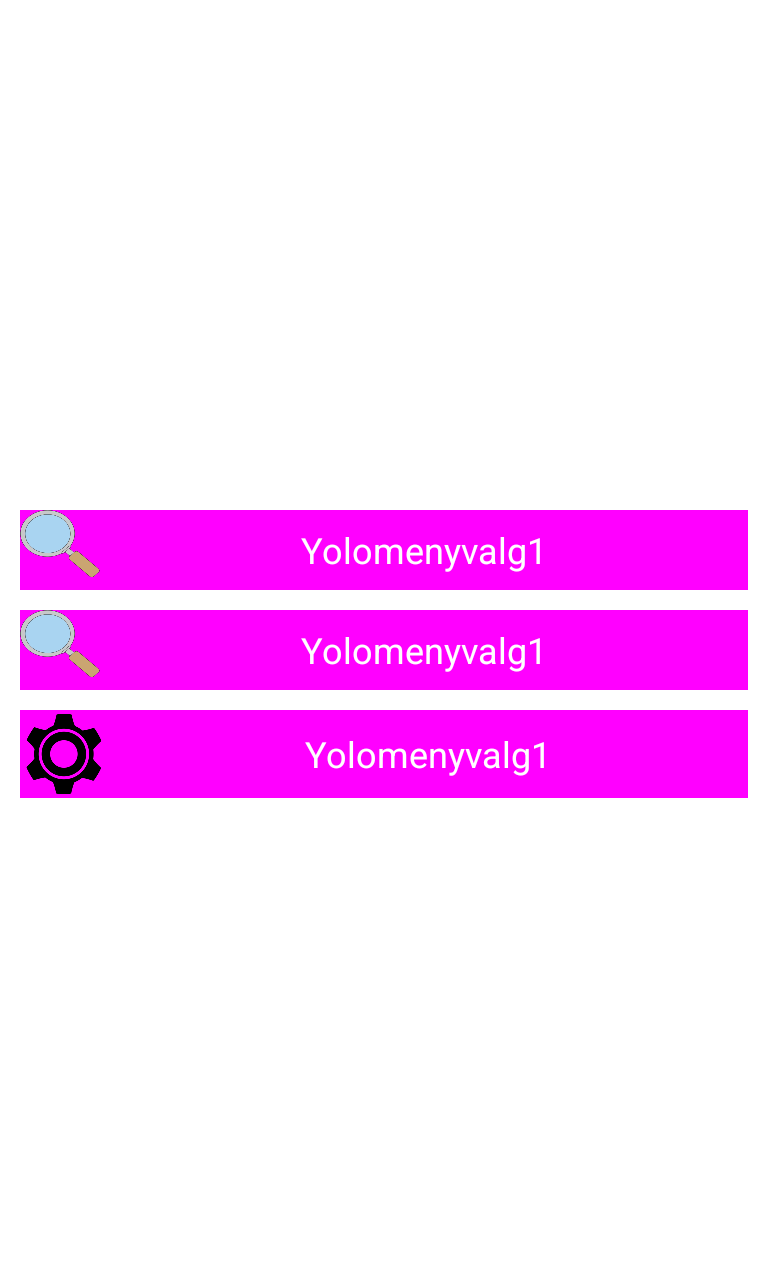
Repository: pumalove/workspace
Layout: MainActivity/res/layout/gridview.xml
An editor plug-in stored every save of this project. The layout is shown before and after the next save, followed by the edit.
It is drawn on a 768 x 1280 px phone screen (xhdpi) without system bars, with theme AppTheme; the app's code is not run. Lists and similar views that code fills are empty.

Above is the layout before, as saved 2014-03-18 10:40:42.

### MainActivity/res/layout/gridview.xml
<?xml version="1.0" encoding="utf-8"?>
<LinearLayout xmlns:android="http://schemas.android.com/apk/res/android"
    android:layout_width="match_parent"
    android:layout_height="wrap_content"
    android:orientation="vertical"
    android:padding="10dp">

    <LinearLayout
        android:layout_marginBottom="20dp"
        android:layout_width="fill_parent"
        android:layout_height="wrap_content">

        <GridView
            android:id="@+id/gridview"
            android:layout_width="fill_parent"
            android:layout_height="225dp"
            android:columnWidth="90dp"
            android:numColumns="auto_fit"
            android:verticalSpacing="5dp"
            android:horizontalSpacing="5dp"
            android:stretchMode="columnWidth"
            android:gravity="center"
            />
	</LinearLayout>


    <LinearLayout
        android:id="@+id/linearlayout2"
        android:layout_width="fill_parent"
        android:layout_height="wrap_content"
        android:layout_gravity="center"
        android:orientation="vertical"
        android:layout_below="@id/gridview">

        <LinearLayout
            android:id="@+id/customButton1"
            android:layout_width="fill_parent"
            android:layout_height="wrap_content"
            android:layout_marginBottom="10dp"
            android:orientation="horizontal"
            android:clickable="true"
            android:focusable="true"
            android:background="@drawable/custom_buttons"
            >

            <ImageView
                android:id="@+id/imageView1"
                android:layout_width="40dp"
                android:layout_height="40dp"
                android:scaleType="centerCrop"
                android:src="@drawable/sample_0" />

			<LinearLayout
			    android:layout_width="fill_parent"
            	android:layout_height="wrap_content"
            	android:gravity="center"
            	android:layout_gravity="center" >
            	<TextView
                	android:layout_width="wrap_content"
                	android:layout_height="wrap_content"
                	android:layout_gravity="center"
                	android:text="Yolomenyvalg1"
                	android:textColor="#FFFFFF"
                	android:textSize="18dp"/>
			</LinearLayout>
		</LinearLayout>


        <LinearLayout
            android:id="@+id/customButton2"
            android:layout_width="fill_parent"
            android:layout_height="wrap_content"
            android:layout_marginBottom="10dp"
            android:orientation="horizontal"
            android:gravity="center"
            android:clickable="true"
            android:focusable="true"
            android:background="@drawable/custom_buttons"
            >

            <ImageView
                android:id="@+id/imageView2"
                android:layout_width="40dp"
                android:layout_height="40dp"
                android:scaleType="centerCrop"
                android:src="@drawable/sample_0" />

           <LinearLayout
			    android:layout_width="fill_parent"
            	android:layout_height="wrap_content"
            	android:gravity="center"
            	android:layout_gravity="center" >
            	<TextView
                	android:layout_width="wrap_content"
                	android:layout_height="wrap_content"
                	android:layout_gravity="center"
                	android:text="Yolomenyvalg1"
                	android:textColor="#FFFFFF"
                	android:textSize="18dp"/>
			</LinearLayout>

        </LinearLayout>

        <LinearLayout
            android:id="@+id/customButton3"
            android:layout_width="fill_parent"
            android:layout_height="wrap_content"
            android:layout_marginBottom="10dp"
            android:orientation="horizontal"
            android:gravity="center"
            android:clickable="true"
            android:focusable="true"
            android:background="@drawable/custom_buttons"
            >

            <ImageView
                android:id="@+id/imageView3"
                android:layout_width="40dp"
                android:layout_height="40dp"
                android:scaleType="centerCrop"
                android:src="@drawable/settings"
                android:layout_margin="2dp" />

            <LinearLayout
			    android:layout_width="fill_parent"
            	android:layout_height="wrap_content"
            	android:gravity="center"
            	android:layout_gravity="center" >
            	<TextView
                	android:layout_width="wrap_content"
                	android:layout_height="wrap_content"
                	android:layout_gravity="center"
                	android:text="Yolomenyvalg1"
                	android:textColor="#FFFFFF"
                	android:textSize="18dp"/>
			</LinearLayout>

        </LinearLayout>
    </LinearLayout>



</LinearLayout>

### MainActivity/res/values/styles.xml
<resources xmlns:android="http://schemas.android.com/apk/res/android">

    <!--
        Base application theme, dependent on API level. This theme is replaced
        by AppBaseTheme from res/values-vXX/styles.xml on newer devices.
    -->
    <style name="AppBaseTheme" parent="android:Theme.Light">
        <!--
            Theme customizations available in newer API levels can go in
            res/values-vXX/styles.xml, while customizations related to
            backward-compatibility can go here.
        -->
    </style>

    <!-- Application theme. -->
    <style name="AppTheme" parent="AppBaseTheme">
        <!-- All customizations that are NOT specific to a particular API-level can go here. -->
    </style>

</resources>

### MainActivity/res/values-v11/styles.xml
<resources>

    <!--
        Base application theme for API 11+. This theme completely replaces
        AppBaseTheme from res/values/styles.xml on API 11+ devices.
    -->
    <style name="AppBaseTheme" parent="android:Theme.Holo.Light">
        <!-- API 11 theme customizations can go here. -->
    </style>

</resources>

### MainActivity/res/drawable/custom_buttons.xml
<?xml version="1.0" encoding="utf-8"?>
<selector xmlns:android="http://schemas.android.com/apk/res/android">

  <item android:state_pressed="true" >
    <shape>
      <solid android:color="#FF0000" />
    </shape>
  </item>

  <item android:state_focused="true" >
    <shape>
      <solid android:color="#DDDDDD" />
    </shape>
  </item>

  <item>
    <shape>
      <solid android:color="#FF00FF" />
    </shape>
  </item>

</selector>

After the next save:
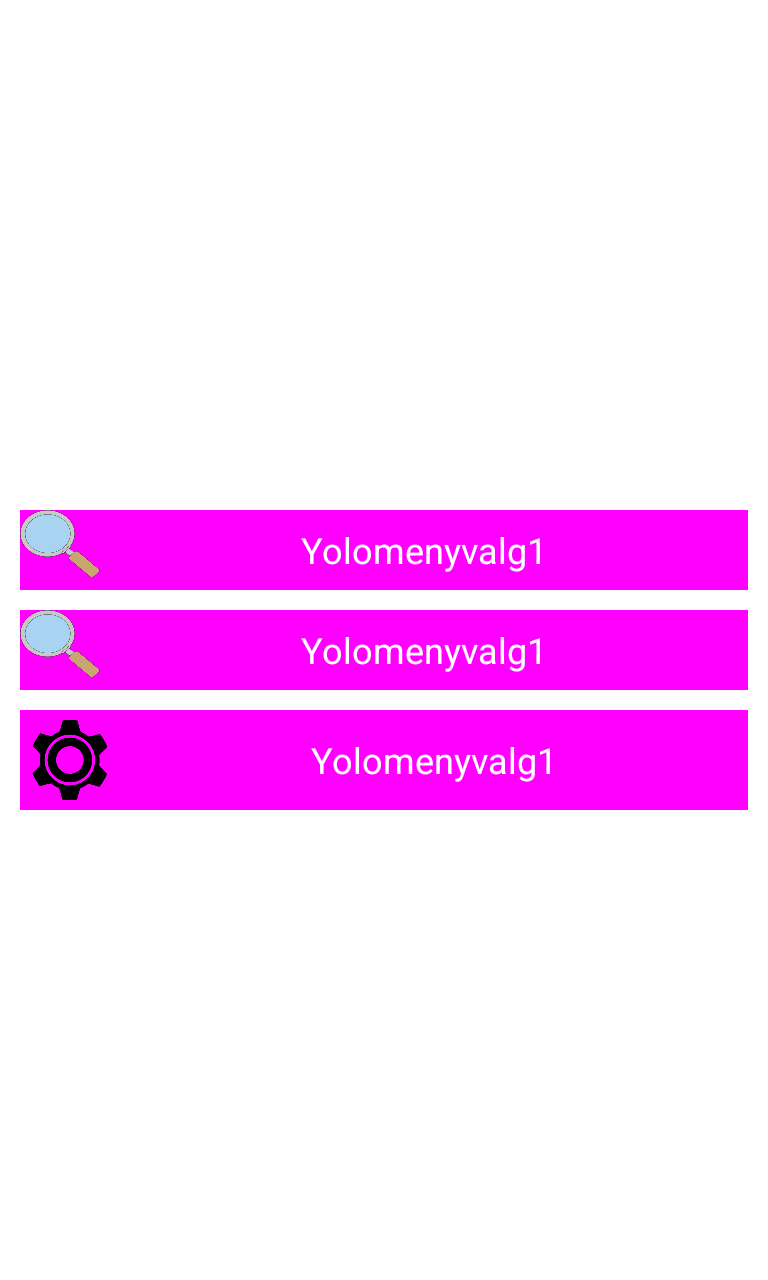
Saved 47 s later.
--- a/MainActivity/res/layout/gridview.xml
+++ b/MainActivity/res/layout/gridview.xml
@@ -119,7 +119,7 @@
                 android:layout_height="40dp"
                 android:scaleType="centerCrop"
                 android:src="@drawable/settings"
-                android:layout_margin="2dp" />
+                android:layout_margin="5dp" />
 
             <LinearLayout
 			    android:layout_width="fill_parent"
